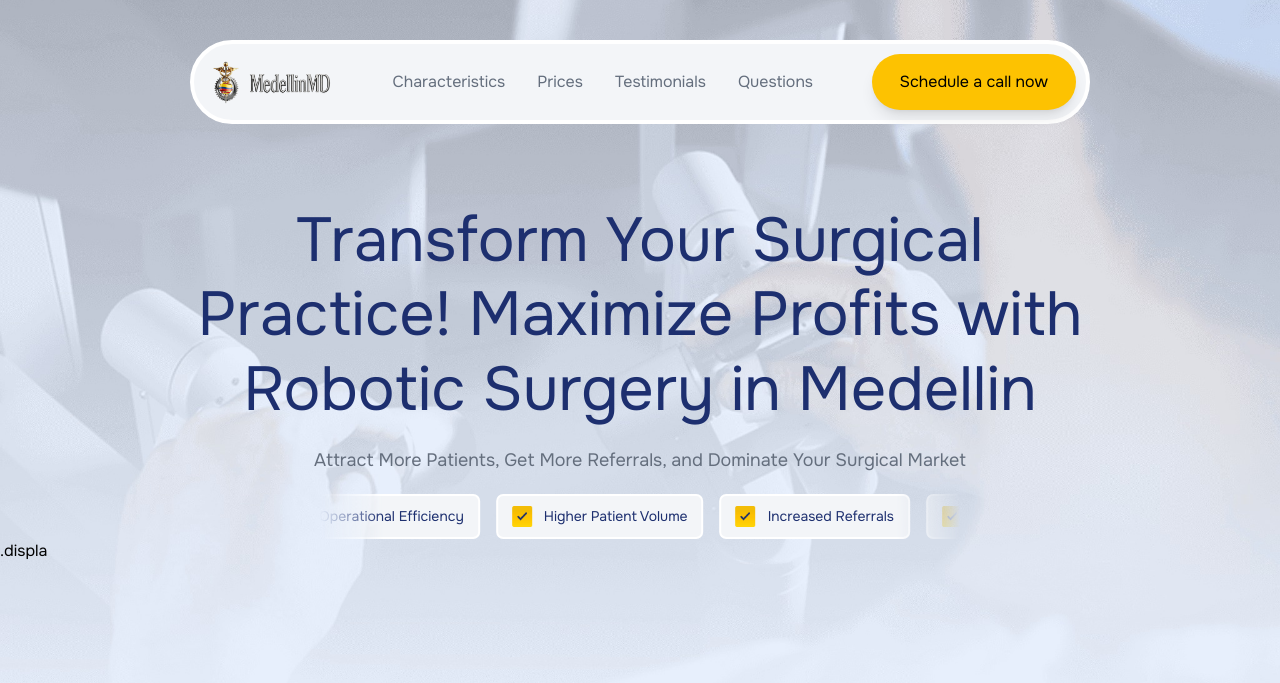
Repository: emmanueltech2019/cmd
Page: /home
The author's editor kept a copy of each file at every save. The page is drawn from the files as they stood at one save, then again after a run of saves.
The browser window is 1280 px wide. The pictures show the whole page.
The project was rebuilt for these pictures with package versions that can differ from the ones it lists, and the page was loaded fresh each time. The framework's server and built-in components were replaced by stand-ins that run in the browser. Also part of the build but not shown: next.config.mjs.

Above is the page before, as saved 2025-05-15 17:02:16.

After the next 2 saves:
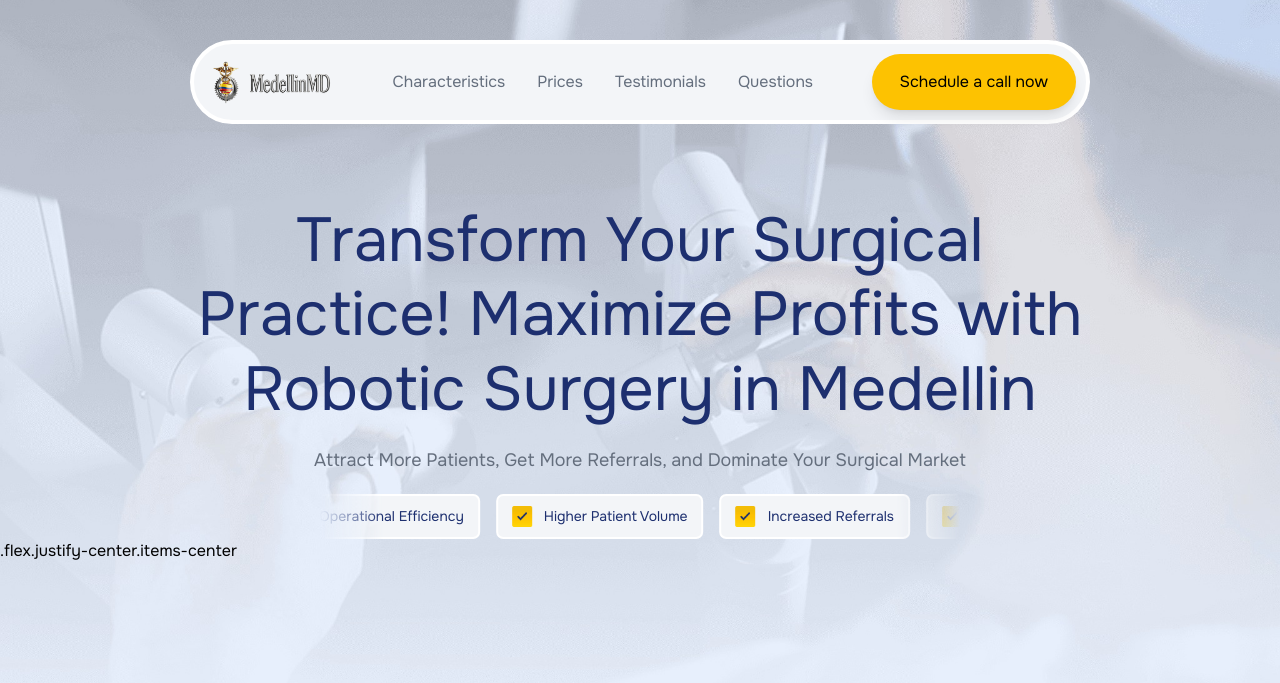
The 2 saves are shown as one change because they came seconds apart.
The last was saved 11 s later.
--- a/src/app/home/page.jsx
+++ b/src/app/home/page.jsx
@@ -78,7 +78,7 @@ const page = () => {
                     ))}
                 </div>
             </div>
-            .displa
+            .flex.justify-center.items-center
         </div>
     </>
   )
